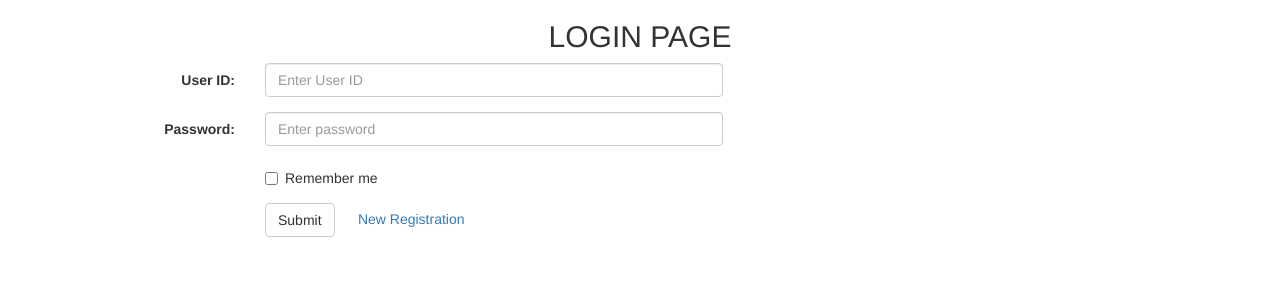
Repository: AvantiKopulwar/Task-Workspace
Page: http://localhost/AdminStudentLogin/
These files come from the project's save history. The page is drawn as it stood at one moment and after the next save; the edit follows.
The browser window is 1280 px wide. The pictures show the whole page.
The page is served by Tomcat 9. Other server files are loaded and not shown.

Above is the page before, as saved 2018-10-04 18:02:02.

### AdminStudentLogin/WebContent/index.jsp
<%@ page language="java" contentType="text/html; charset=ISO-8859-1"
pageEncoding="ISO-8859-1"%>
<html>
<head>
<title>Login Page</title>
<meta charset="utf-8">
<meta name="viewport" content="width=device-width, initial-scale=1">
<link rel="stylesheet"
	href="https://maxcdn.bootstrapcdn.com/bootstrap/3.3.7/css/bootstrap.min.css">
<script
	src="https://ajax.googleapis.com/ajax/libs/jquery/3.3.1/jquery.min.js"></script>
<script
	src="https://maxcdn.bootstrapcdn.com/bootstrap/3.3.7/js/bootstrap.min.js"></script>
</head>
<body>

	<div class="container">
		<h2 align="center"> LOGIN PAGE</h2>
		<form class="form-horizontal" action="login">
			<div class="form-group">
				<label class="control-label col-sm-2" for="uname">User ID:</label>
				<div class="col-sm-5">
					<input type="text" class="form-control" id="uname"
						placeholder="Enter User ID" name="uname">
				</div>
			</div>
			<div class="form-group">
				<label class="control-label col-sm-2" for="password">Password:</label>
				<div class="col-sm-5">
					<input type="password" class="form-control" id="password"
						placeholder="Enter password" name="password">
				</div>
			</div>
			<div class="form-group">
				<div class="col-sm-offset-2 col-sm-10">
					<div class="checkbox">
						<label><input type="checkbox" name="remember">
							Remember me</label>
					</div>
				</div>
			</div>
			<div class="form-group">
				<div class="col-sm-offset-2 col-sm-10">
					<button type="submit" class="btn btn-default">Submit</button>
					<a href="http://localhost:8020/AdminStudentLogin/register.jsp">&nbsp; &nbsp;&nbsp; New Registration</a>
				</div>
			</div>
		</form>
	</div>

</body>
</html>

After the next save:
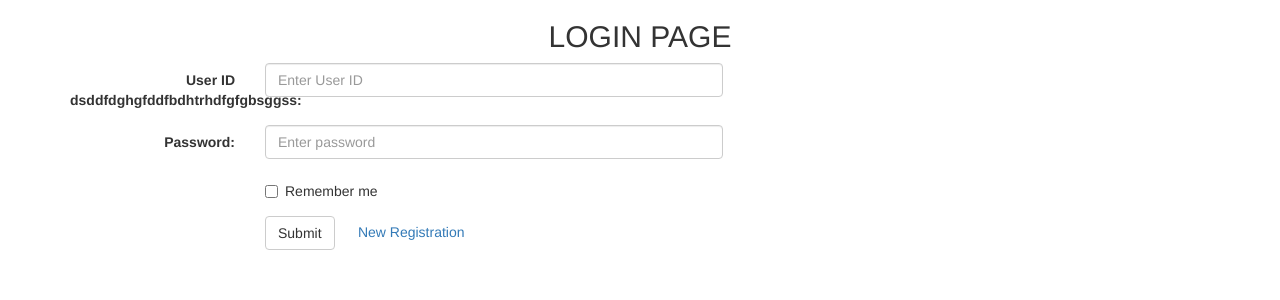
Saved 3 min 36 s later.
--- a/AdminStudentLogin/WebContent/index.jsp
+++ b/AdminStudentLogin/WebContent/index.jsp
@@ -18,7 +18,7 @@ pageEncoding="ISO-8859-1"%>
 		<h2 align="center"> LOGIN PAGE</h2>
 		<form class="form-horizontal" action="login">
 			<div class="form-group">
-				<label class="control-label col-sm-2" for="uname">User ID:</label>
+				<label class="control-label col-sm-2" for="uname">User ID dsddfdghgfddfbdhtrhdfgfgbsggss:</label>
 				<div class="col-sm-5">
 					<input type="text" class="form-control" id="uname"
 						placeholder="Enter User ID" name="uname">
